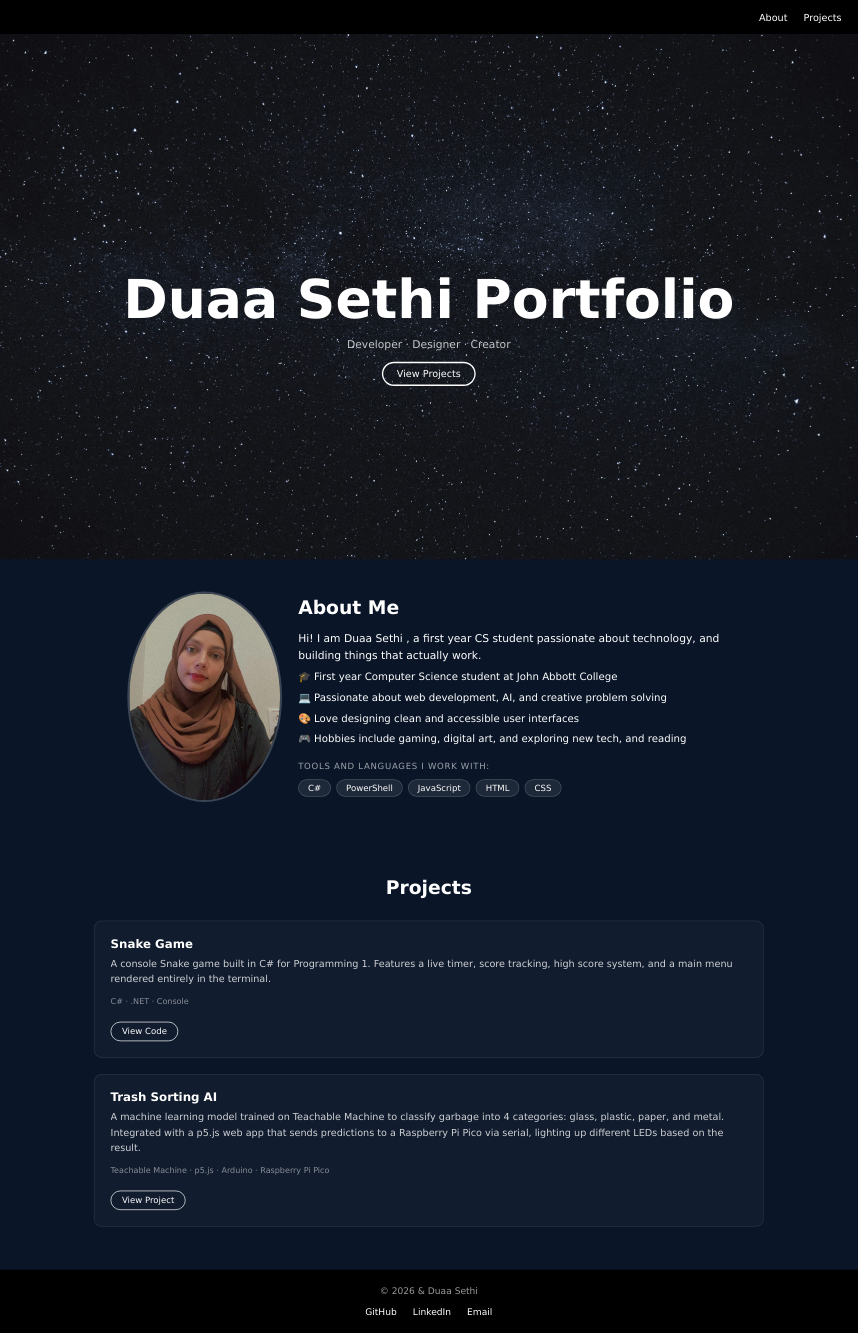
Repository: Duaa-Sethi/Duaa-Sethi
Page: index.html
These files come from the project's save history. The page is drawn as it stood at one moment and after the next save; the edit follows.
The browser window is 1280 px wide. The pictures show the whole page, at 67% of full size.
Some web fonts or font styles are not loaded; a fallback is used.

Above is the page before, as saved 2026-05-04 17:07:43.

### index.html
<!doctype html>
<html lang="en">
  <head>
    <meta charset="UTF-8" />
    <meta name="viewport" content="width=device-width, initial-scale=1.0" />
    <title>Dua Portfolio</title>
    <link rel="stylesheet" href="./styles/index.css" />
    <link rel="stylesheet" href="./styles/globals.css" />
  </head>
  <body>
    <!-- NAV -->
    <nav>
      <ul>
        <li><a href="#about">About</a></li>
        <li><a href="#projects">Projects</a></li>
      </ul>
    </nav>

    <!-- HERO -->
    <section class="hero">
      <article>
        <h1>Duaa Sethi Portfolio</h1>
        <p>Developer · Designer · Creator</p>
        <a href="#projects">View Projects</a>
      </article>
    </section>

    <!-- ABOUT -->
    <section class="about" id="about">
      <img src="./assets/images/Dua Sethi.jpeg" alt="Photo of Duaa Sethi" />
      <div class="about-text">
        <h2>About Me</h2>
        <p class="about-intro">
          Hi! I am Duaa Sethi , a first year CS student passionate about
          technology, and building things that actually work.
        </p>

        <ul class="about-list">
          <li>🎓 First year Computer Science student at John Abbott College</li>
          <li>
            💻 Passionate about web development, AI, and creative problem
            solving
          </li>
          <li>🎨 Love designing clean and accessible user interfaces</li>
          <li>
            🎮 Hobbies include gaming, digital art, and exploring new tech, and
            reading
          </li>
        </ul>

        <p class="tools-label">Tools and languages I work with:</p>
        <ul class="tools-list">
          <li>C#</li>
          <li>PowerShell</li>
          <li>JavaScript</li>
          <li>HTML</li>
          <li>CSS</li>
        </ul>
      </div>
    </section>

    <!-- PROJECTS -->
    <section class="projects" id="projects">
      <h2>Projects</h2>
      <div class="cards">
        <article class="card">
          <h3>Snake Game</h3>
          <p>
            A console Snake game built in C# for Programming 1. Features a live
            timer, score tracking, high score system, and a main menu rendered
            entirely in the terminal.
          </p>
          <p class="tech">C# · .NET · Console</p>
          <a
            href="https://github.com/Duaa-Sethi/Programming1-project-Dua-Sethi"
            target="_blank"
            >View Code</a
          >
        </article>
        <article class="card">
          <h3>Trash Sorting AI</h3>
          <p>
            A machine learning model trained on Teachable Machine to classify
            garbage into 4 categories: glass, plastic, paper, and metal.
            Integrated with a p5.js web app that sends predictions to a
            Raspberry Pi Pico via serial, lighting up different LEDs based on
            the result.
          </p>
          <p class="tech">
            Teachable Machine · p5.js · Arduino · Raspberry Pi Pico
          </p>
          <a
            href="https://editor.p5js.org/duairfansethi/full/mdRLpCkG2"
            target="_blank"
            >View Project</a
          >
        </article>
      </div>
    </section>

    <footer>
      <p>© 2026 & Duaa Sethi</p>
      <ul class="footer-links">
        <ul class="footer-links">
          <li><a href="https://github.com/Duaa-Sethi">GitHub</a></li>
          <li>
            <a
              href="https://www.linkedin.com/in/dua-irfan-sethi-32944838b/"
              target="_blank"
              >LinkedIn</a
            >
          </li>
          <li>
            <a href="mailto:duairfansethi@gmail.com">Email</a>
          </li>
        </ul>
      </ul>
    </footer>
  </body>
</html>

### styles/index.css
body {
  background-color: #0a1628;
}

/* NAV */
nav {
  position: sticky;
  top: 0;
  background-color: black;
  padding: 0 1.5rem;
}

nav ul {
  display: flex;
  justify-content: flex-end;
  gap: 1.5rem;
  padding: 1rem 0;
}

nav ul li a {
  font-size: 0.9rem;
}

.hero {
  display: flex;
  align-items: center;
  justify-content: center;
  text-align: center;
  min-height: 100vh;
  padding: 2rem 1.5rem;

  /* dont memorize, copy paste background defs */
  background-image: url(../assets/images/kai-pilger-Ef6iL87-vOA-unsplash.jpg);
  background-size: cover;
  background-position: center;
  background-repeat: no-repeat;
}

.hero h1 {
  font-size: 2rem;
  margin-bottom: 0.75rem;
}

.hero p {
  font-size: 1rem;
  opacity: 0.75;
  margin: 0 0 1.5rem 0;
}

.hero a {
  border: 2px solid white;
  padding: 0.5rem 1.25rem;
  border-radius: 20px;
  font-size: 0.9rem;
}

.hero a:hover {
  background-color: white;
  color: #0a1628;
  text-decoration: none;
}

/* ABOUT */
.about {
  display: flex;
  flex-direction: column;
  align-items: center;
  gap: 1.5rem;
  padding: 3rem 1.5rem;
  text-align: center;
}

.about img {
  max-width: 25%;
  border-radius: 50%;
  overflow: hidden;
  display: inline-block;
  vertical-align: middle;
  border: 3px solid rgba(255, 255, 255, 0.2);
}

.about h2 {
  font-size: 1.75rem;
  margin-bottom: 1rem;
}

.about p {
  margin: 0 0 0.5rem 0;
  line-height: 1.6;
}

.about-list {
  display: flex;
  flex-direction: column;
  gap: 0.5rem;
  text-align: left;
  margin-bottom: 1.25rem;
}

.about-list li {
  font-size: 0.95rem;
  line-height: 1.5;
}

.tools-label {
  font-size: 0.8rem;
  opacity: 0.6;
  text-transform: uppercase;
  letter-spacing: 0.08em;
  text-align: left;
  margin-bottom: 0.5rem;
}

.tools-list {
  display: flex;
  flex-wrap: wrap;
  gap: 0.5rem;
  text-align: left;
}

.tools-list li {
  background-color: rgba(255, 255, 255, 0.08);
  border: 1px solid rgba(255, 255, 255, 0.2);
  border-radius: 20px;
  padding: 0.3rem 0.85rem;
  font-size: 0.8rem;
}
/* PROJECTS */
.projects {
  padding: 4rem 1.5rem;
  text-align: center;
}
.projects h2 {
  font-size: 1.75rem;
  margin-bottom: 2rem;
}

.cards {
  display: flex;
  flex-direction: column;
  gap: 1.5rem;
}
.card {
  background-color: #111c2e;
  border: 1px solid rgba(255, 255, 255, 0.1);
  border-radius: 12px;
  padding: 1.5rem;
  text-align: left;
}

.card:hover {
  border-color: rgba(255, 255, 255, 0.4);
}

.card h3 {
  font-size: 1.1rem;
  margin-bottom: 0.5rem;
}

.card p {
  font-size: 0.9rem;
  line-height: 1.6;
  opacity: 0.8;
  margin: 0 0 0.5rem 0;
}

.card .tech {
  font-size: 0.75rem;
  opacity: 0.5;
  margin: 0.75rem 0;
}

.card a {
  display: inline-block;
  border: 1px solid white;
  padding: 0.4rem 1rem;
  border-radius: 20px;
  font-size: 0.8rem;
  margin-top: 0.5rem;
}

.card a:hover {
  background-color: white;
  color: #0a1628;
  text-decoration: none;
}

/* FOOTER */

footer {
  text-align: center;
  padding: 1.5rem;
  background-color: black;
}
footer p {
  font-size: 0.85rem;
  opacity: 0.6;
  margin: 0 0 0.75rem 0;
}

.footer-links {
  display: flex;
  justify-content: center;
  gap: 1.5rem;
}

.footer-links a {
  font-size: 0.85rem;
}

@media only screen and (min-width: 600px) {
  .hero h1 {
    font-size: 4rem;
  }

  .about {
    flex-direction: row;
    text-align: left;
    max-width: 800px;
    margin: 0 auto;
  }

  .cards {
    flex-direction: row;
    flex-wrap: wrap;
    justify-content: center;
  }
}

@media only screen and (min-width: 992px) {
  .hero h1 {
    font-size: 5rem;
  }
  .projects {
    max-width: 1000px;
    margin: 0 auto;
  }

  .about {
    max-width: 900px;
  }
}

### styles/globals.css
/* FONT DEFS */
@font-face {
  font-family: "main font";
  src: url(../assets/fonts/NewsCycle-Regular.ttf);
}

/* CROSS PAGE STYLES */
body {
  font-family: "main font", Verdana, sans-serif;
  color: white;
  margin: 0;
}

h1 {
  font-weight: bold;
  font-size: 1.5rem;
}

a {
  text-decoration: none;
  color: white;
}
h2,
h3 {
  margin: 0;
}
a:hover {
  text-decoration: underline;
}
ul {
  list-style: none;
  padding: 0;
  margin: 0;
}

After the next save:
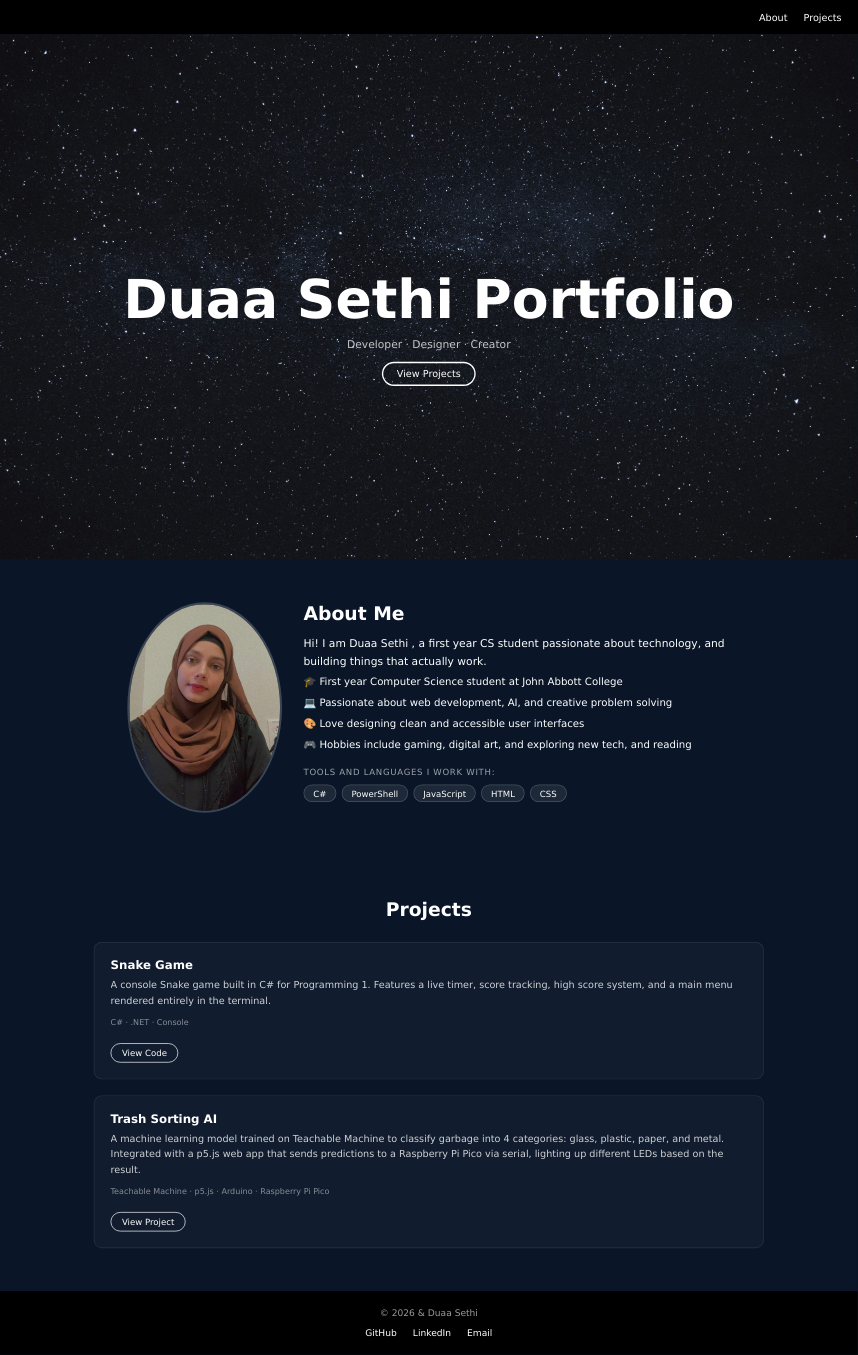
Saved 4 min 25 s later.
--- a/styles/index.css
+++ b/styles/index.css
@@ -88,6 +88,9 @@ nav ul li a {
   margin: 0 0 0.5rem 0;
   line-height: 1.6;
 }
+.about-intro {
+  display: none;
+}
 
 .about-list {
   display: flex;
@@ -212,12 +215,18 @@ footer p {
   .hero h1 {
     font-size: 4rem;
   }
+  .about-intro {
+    display: block;
+  }
 
   .about {
     flex-direction: row;
+    align-items: flex-start;
     text-align: left;
     max-width: 800px;
     margin: 0 auto;
+    padding: 4rem 1.5rem;
+    gap: 2rem;
   }
 
   .cards {
